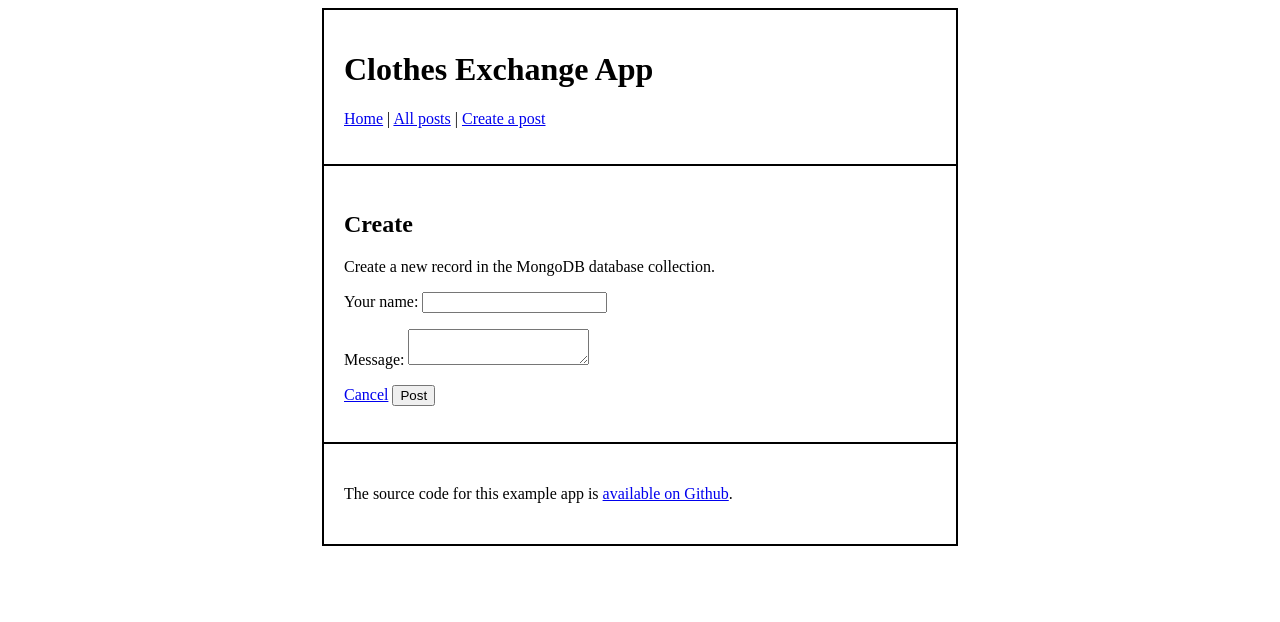
Repository: dbdesign-students-spring2024/7-web-app-dianachen1013
Page: http://localhost/create
The author's editor kept a copy of each file at every save. The page is drawn from the files as they stood at one save, then again after the next save.
The browser window is 1280 px wide. The pictures show the whole page.
The page is served by the project's application, run on Flask 3 (app.py).

Above is the page before, as saved 2024-04-15 16:53:39.

After the next save:
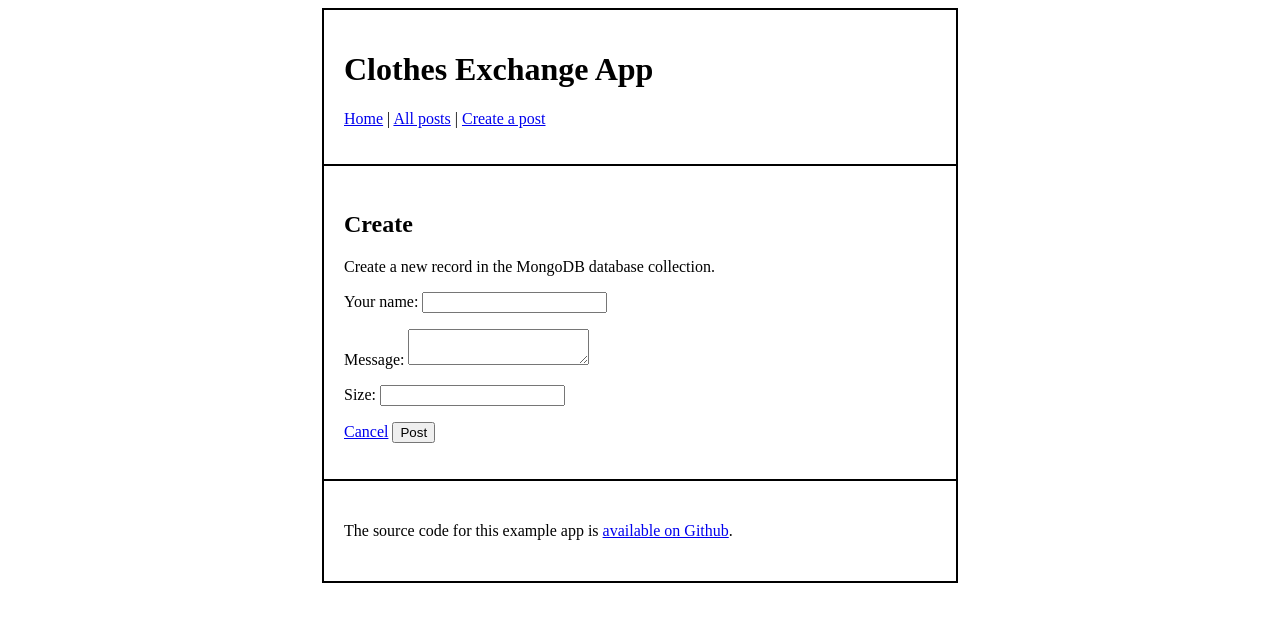
Saved 71 s later.
--- a/templates/create.html
+++ b/templates/create.html
@@ -8,6 +8,10 @@
     <textarea type="text" id="fmessage" name="fmessage"></textarea>
   </p>
   <p>
+    Size:
+    <input type="text" id="fsize" name="fsize"></textarea>
+  </p>
+  <p>
     <a href="{{ url_for('read')}}">Cancel</a>
     <input type="submit" name="post-btn" value="Post" />
   </p>
